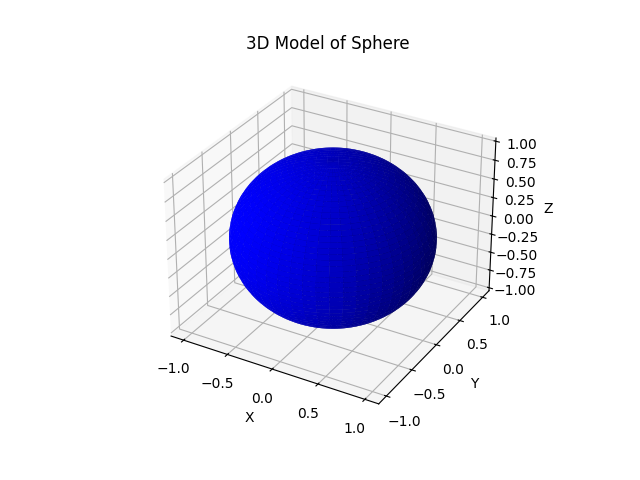
Repository: LimJieHan-2001/Python
Script's output: python sphere.py
An editor plug-in stored every save of this project. The script's output is shown before and after the next save, followed by the edit.
Random numbers start from a fixed seed. It also reads sphere_texture.jpg.

Above is the script's output before, as saved 2024-03-10 08:21:11.

### sphere.py
import numpy as np
import matplotlib.pyplot as plt
from mpl_toolkits.mplot3d import Axes3D

def plot_sphere():
    # Create a figure and a 3D axis
    fig = plt.figure()
    ax = fig.add_subplot(111, projection='3d')

    # Create data for a sphere
    u = np.linspace(0, 2 * np.pi, 100)
    v = np.linspace(0, np.pi, 100)
    x = np.outer(np.cos(u), np.sin(v))
    y = np.outer(np.sin(u), np.sin(v))
    z = np.outer(np.ones(np.size(u)), np.cos(v))

    # Plot the sphere
    ax.plot_surface(x, y, z, color='b')

    # Set axis labels
    ax.set_xlabel('X')
    ax.set_ylabel('Y')
    ax.set_zlabel('Z')

    # Set title
    ax.set_title('3D Model of Sphere')

    # Show the plot
    plt.show()

if __name__ == "__main__":
    plot_sphere()

After the next save:
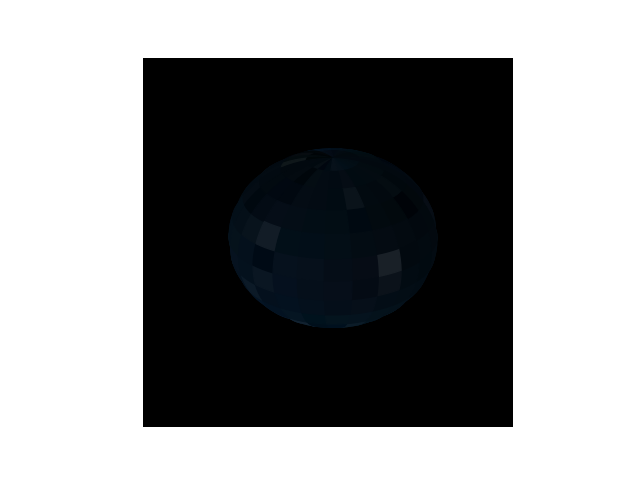
Saved 2 min 12 s later.
--- a/sphere.py
+++ b/sphere.py
@@ -1,32 +1,40 @@
 import numpy as np
 import matplotlib.pyplot as plt
 from mpl_toolkits.mplot3d import Axes3D
+from matplotlib.image import imread
 
-def plot_sphere():
-    # Create a figure and a 3D axis
-    fig = plt.figure()
-    ax = fig.add_subplot(111, projection='3d')
+# Load the texture image of the Earth
+sphere_texture = imread('sphere_texture.jpg') / 255.0 # Normalize the color values to be in the range 0-1
 
-    # Create data for a sphere
-    u = np.linspace(0, 2 * np.pi, 100)
-    v = np.linspace(0, np.pi, 100)
-    x = np.outer(np.cos(u), np.sin(v))
-    y = np.outer(np.sin(u), np.sin(v))
-    z = np.outer(np.ones(np.size(u)), np.cos(v))
+# Adjust brightness by scaling the color values
+brightness_scale = 1.5  # Increase or decrease to adjust brightness
+adjusted_sphere_texture = np.clip(sphere_texture * brightness_scale, 0, 1)  # Clip values to be within [0, 1] range
 
-    # Plot the sphere
-    ax.plot_surface(x, y, z, color='b')
+# Create a sphere representing the Earth
+u = np.linspace(0, 2 * np.pi, 100)
+v = np.linspace(0, np.pi, 50)
+u, v = np.meshgrid(u, v)
+x = np.cos(u) * np.sin(v)
+y = np.sin(u) * np.sin(v)
+z = np.cos(v)
 
-    # Set axis labels
-    ax.set_xlabel('X')
-    ax.set_ylabel('Y')
-    ax.set_zlabel('Z')
+# Create a new figure
+fig = plt.figure()
 
-    # Set title
-    ax.set_title('3D Model of Sphere')
+# Add a 3D subplot
+ax = fig.add_subplot(111, projection='3d')
 
-    # Show the plot
-    plt.show()
+# Plot the Earth with adjusted brightness texture map
+ax.plot_surface(x, y, z, facecolors=adjusted_sphere_texture, rstride=4, cstride=4, shade=True, alpha=1.0)
 
-if __name__ == "__main__":
-    plot_sphere()
+# Set lighting
+ax.set_facecolor('black')
+ax.view_init(elev=25, azim=45)
+ax.azim = 150
+ax.dist = 8
+
+# Hide the axes
+ax.axis('off')
+
+# Show the plot
+plt.show()
